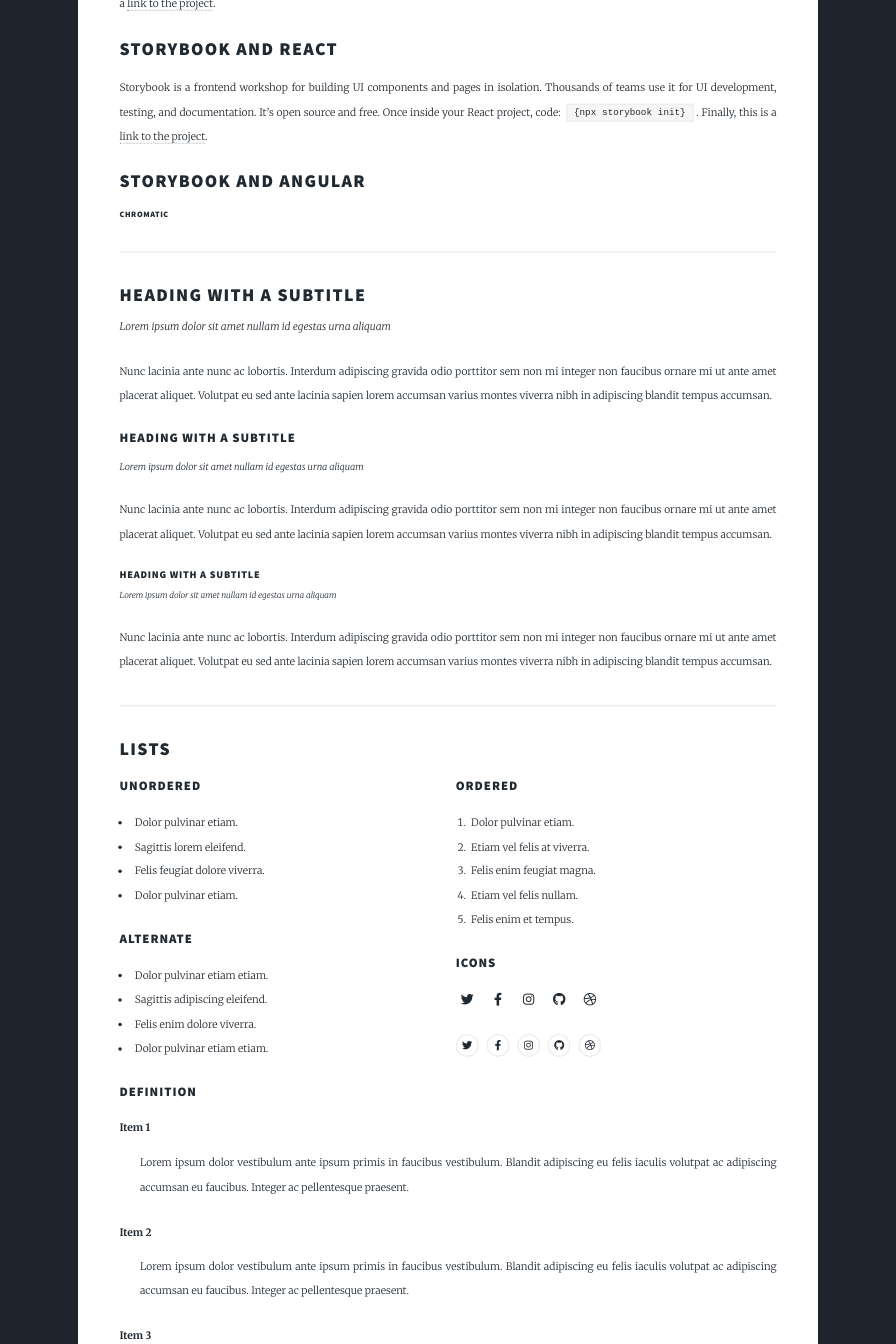
Repository: enlilsudo/Orlando-Portfolio
Page: elements.html
These files come from the project's save history. The page is drawn as it stood at one moment and after the next save; the edit follows.
The browser window is 1280 px wide. The pictures show the part of the page from y = 1110 to 3030 px (the page is 9939 px tall before and 9955 px after), at 70% of full size.

Above is the page before, as saved 2023-02-19 12:59:36.

### elements.html
<!DOCTYPE HTML>
<!--
	Massively by HTML5 UP
	html5up.net | @ajlkn
	Free for personal and commercial use under the CCA 3.0 license (html5up.net/license)
-->
<html>
	<head>
		<title>Elements Reference - Massively by HTML5 UP</title>
		<meta charset="utf-8" />
		<meta name="viewport" content="width=device-width, initial-scale=1, user-scalable=no" />
		<link rel="stylesheet" href="assets/css/main.css" />
		<noscript><link rel="stylesheet" href="assets/css/noscript.css" /></noscript>
	</head>
	<body class="is-preload">

		<!-- Wrapper -->
			<div id="wrapper">

				<!-- Header -->
					<header id="header">
						<a href="index.html" class="logo">My Portfolio</a>
					</header>

				<!-- Nav -->
					<nav id="nav">
						<ul class="links">
							<li><a href="index.html">My Projects</a></li>
							<li><a href="generic.html">My Philosophy</a></li>
							<li class="active"><a href="elements.html">Elements of Reference</a></li>
						</ul>
						<ul class="icons">
							<li><a href="#" class="icon brands fa-twitter"><span class="label">Twitter</span></a></li>
							<li><a href="#" class="icon brands fa-facebook-f"><span class="label">Facebook</span></a></li>
							<li><a href="#" class="icon brands fa-instagram"><span class="label">Instagram</span></a></li>
							<li><a href="#" class="icon brands fa-github"><span class="label">GitHub</span></a></li>
						</ul>
					</nav>

				<!-- Main -->
					<div id="main">

						<!-- Post -->
							<section class="post">
								<header class="major">
									<h1>Automating<br />
									Tools</h1>
								</header>

								<!-- Text stuff -->
									<h2>Sphinx</h2>
									<p>Sphinx is a site generator it uses reStructuredText
									Markup language by default, and can read MySt Markdown via third-party
									extensions, it is powerful and easy to use code: <code>{sphinx-quickstart docs}</code>.
									Finally, this is a <a href="https://www.sphinx-doc.org/en/master/#get-started">link to the project</a>.</p>
									<hr />
									<h2>Hugo</h2>
									<p>Hugo gives us a framework for building a fast, organized content site using many of the skills
										 you already have. You define your layouts in HTML and your content in Markdown.
										Hugo has built-in support for tagging, categorization, related content, multiple output formats, image optimization, and asset handling code: <code>{hugo new site portfolio}</code>.
										To find ut more, this is a <a href="https://gohugo.io/">link to the project</a>.</p>
									<h2>Jekyll</h2>
									<p>Jekyll is a static site generator. It takes text written in your favorite markup language and uses layouts to create a static website.
										You can tweak the site’s look and feel, URLs, the data displayed on the page, and more. code: <code>{jekyll build ./_site}</code>.
										To learn more, this is a <a href="https://jekyllrb.com/">link to the project</a>.</p>
									<h2>Storybook and React</h2>
									<p>Storybook is a frontend workshop for building UI components and pages in isolation. Thousands of teams use it for UI development, testing, and documentation.
										It’s open source and free. Once inside your React project, code: <code>{npx storybook init}</code>.
										Finally, this is a <a href="https://storybook.js.org/">link to the project</a>.</p>
									<h2>Storybook and Angular</h2>
									<h6>Chromatic</h6>
									<hr />
									<header>
										<h2>Heading with a Subtitle</h2>
										<p>Lorem ipsum dolor sit amet nullam id egestas urna aliquam</p>
									</header>
									<p>Nunc lacinia ante nunc ac lobortis. Interdum adipiscing gravida odio porttitor sem non mi integer non faucibus ornare mi ut ante amet placerat aliquet. Volutpat eu sed ante lacinia sapien lorem accumsan varius montes viverra nibh in adipiscing blandit tempus accumsan.</p>
									<header>
										<h3>Heading with a Subtitle</h3>
										<p>Lorem ipsum dolor sit amet nullam id egestas urna aliquam</p>
									</header>
									<p>Nunc lacinia ante nunc ac lobortis. Interdum adipiscing gravida odio porttitor sem non mi integer non faucibus ornare mi ut ante amet placerat aliquet. Volutpat eu sed ante lacinia sapien lorem accumsan varius montes viverra nibh in adipiscing blandit tempus accumsan.</p>
									<header>
										<h4>Heading with a Subtitle</h4>
										<p>Lorem ipsum dolor sit amet nullam id egestas urna aliquam</p>
									</header>
									<p>Nunc lacinia ante nunc ac lobortis. Interdum adipiscing gravida odio porttitor sem non mi integer non faucibus ornare mi ut ante amet placerat aliquet. Volutpat eu sed ante lacinia sapien lorem accumsan varius montes viverra nibh in adipiscing blandit tempus accumsan.</p>

									<hr />

								<!-- Lists -->
									<h2>Lists</h2>
									<div class="row">
										<div class="col-6 col-12-small">

											<h3>Unordered</h3>
											<ul>
												<li>Dolor pulvinar etiam.</li>
												<li>Sagittis lorem eleifend.</li>
												<li>Felis feugiat dolore viverra.</li>
												<li>Dolor pulvinar etiam.</li>
											</ul>

											<h3>Alternate</h3>
											<ul class="alt">
												<li>Dolor pulvinar etiam etiam.</li>
												<li>Sagittis adipiscing eleifend.</li>
												<li>Felis enim dolore viverra.</li>
												<li>Dolor pulvinar etiam etiam.</li>
											</ul>

										</div>
										<div class="col-6 col-12-small">

											<h3>Ordered</h3>
											<ol>
												<li>Dolor pulvinar etiam.</li>
												<li>Etiam vel felis at viverra.</li>
												<li>Felis enim feugiat magna.</li>
												<li>Etiam vel felis nullam.</li>
												<li>Felis enim et tempus.</li>
											</ol>

											<h3>Icons</h3>
											<ul class="icons">
												<li><a href="#" class="icon brands fa-twitter"><span class="label">Twitter</span></a></li>
												<li><a href="#" class="icon brands fa-facebook-f"><span class="label">Facebook</span></a></li>
												<li><a href="#" class="icon brands fa-instagram"><span class="label">Instagram</span></a></li>
												<li><a href="#" class="icon brands fa-github"><span class="label">Github</span></a></li>
												<li><a href="#" class="icon brands fa-dribbble"><span class="label">Dribbble</span></a></li>
											</ul>
											<ul class="icons alt">
												<li><a href="#" class="icon brands alt fa-twitter"><span class="label">Twitter</span></a></li>
												<li><a href="#" class="icon brands alt fa-facebook-f"><span class="label">Facebook</span></a></li>
												<li><a href="#" class="icon brands alt fa-instagram"><span class="label">Instagram</span></a></li>
												<li><a href="#" class="icon brands alt fa-github"><span class="label">Github</span></a></li>
												<li><a href="#" class="icon brands alt fa-dribbble"><span class="label">Dribbble</span></a></li>
											</ul>

										</div>
									</div>
									<h3>Definition</h3>
									<dl>
										<dt>Item 1</dt>
										<dd>
											<p>Lorem ipsum dolor vestibulum ante ipsum primis in faucibus vestibulum. Blandit adipiscing eu felis iaculis volutpat ac adipiscing accumsan eu faucibus. Integer ac pellentesque praesent.</p>
										</dd>
										<dt>Item 2</dt>
										<dd>
											<p>Lorem ipsum dolor vestibulum ante ipsum primis in faucibus vestibulum. Blandit adipiscing eu felis iaculis volutpat ac adipiscing accumsan eu faucibus. Integer ac pellentesque praesent.</p>
										</dd>
										<dt>Item 3</dt>
										<dd>
											<p>Lorem ipsum dolor vestibulum ante ipsum primis in faucibus vestibulum. Blandit adipiscing eu felis iaculis volutpat ac adipiscing accumsan eu faucibus. Integer ac pellentesque praesent.</p>
										</dd>
									</dl>

									<h3>Actions</h3>
									<ul class="actions">
										<li><a href="#" class="button primary">Primary</a></li>
										<li><a href="#" class="button">Default</a></li>
									</ul>
									<ul class="actions small">
										<li><a href="#" class="button primary small">Small</a></li>
										<li><a href="#" class="button small">Small</a></li>
									</ul>
									<div class="row">
										<div class="col-6 col-12-small">
											<ul class="actions stacked">
												<li><a href="#" class="button primary">Default</a></li>
												<li><a href="#" class="button">Default</a></li>
											</ul>
										</div>
										<div class="col-6 col-12-small">
											<ul class="actions stacked">
												<li><a href="#" class="button primary small">Small</a></li>
												<li><a href="#" class="button small">Small</a></li>
											</ul>
										</div>
									</div>
									<div class="row">
										<div class="col-6 col-12-small">
											<ul class="actions stacked">
												<li><a href="#" class="button primary fit">Default</a></li>
												<li><a href="#" class="button fit">Default</a></li>
											</ul>
										</div>
										<div class="col-6 col-12-small">
											<ul class="actions stacked">
												<li><a href="#" class="button primary small fit">Small</a></li>
												<li><a href="#" class="button small fit">Small</a></li>
											</ul>
										</div>
									</div>

									<hr />

								<!-- Blockquote -->
									<h2>Blockquote</h2>
									<blockquote>Fringilla nisl. Donec accumsan interdum nisi, quis tincidunt felis sagittis eget tempus euismod. Vestibulum ante ipsum primis in faucibus vestibulum. Blandit adipiscing eu felis iaculis volutpat ac adipiscing accumsan faucibus. Vestibulum ante ipsum primis in faucibus vestibulum. Blandit adipiscing eu felis.</blockquote>

									<hr />

								<!-- Table -->
									<h2>Table</h2>

									<h3>Default</h3>
									<div class="table-wrapper">
										<table>
											<thead>
												<tr>
													<th>Name</th>
													<th>Description</th>
													<th>Price</th>
												</tr>
											</thead>
											<tbody>
												<tr>
													<td>Item 1</td>
													<td>Ante turpis integer aliquet porttitor.</td>
													<td>29.99</td>
												</tr>
												<tr>
													<td>Item 2</td>
													<td>Vis ac commodo adipiscing arcu aliquet.</td>
													<td>19.99</td>
												</tr>
												<tr>
													<td>Item 3</td>
													<td> Morbi faucibus arcu accumsan lorem.</td>
													<td>29.99</td>
												</tr>
												<tr>
													<td>Item 4</td>
													<td>Vitae integer tempus condimentum.</td>
													<td>19.99</td>
												</tr>
												<tr>
													<td>Item 5</td>
													<td>Ante turpis integer aliquet porttitor.</td>
													<td>29.99</td>
												</tr>
											</tbody>
											<tfoot>
												<tr>
													<td colspan="2"></td>
													<td>100.00</td>
												</tr>
											</tfoot>
										</table>
									</div>

									<h3>Alternate</h3>
									<div class="table-wrapper">
										<table class="alt">
											<thead>
												<tr>
													<th>Name</th>
													<th>Description</th>
													<th>Price</th>
												</tr>
											</thead>
											<tbody>
												<tr>
													<td>Item 1</td>
													<td>Ante turpis integer aliquet porttitor.</td>
													<td>29.99</td>
												</tr>
												<tr>
													<td>Item 2</td>
													<td>Vis ac commodo adipiscing arcu aliquet.</td>
													<td>19.99</td>
												</tr>
												<tr>
													<td>Item 3</td>
													<td> Morbi faucibus arcu accumsan lorem.</td>
													<td>29.99</td>
												</tr>
												<tr>
													<td>Item 4</td>
													<td>Vitae integer tempus condimentum.</td>
													<td>19.99</td>
												</tr>
												<tr>
													<td>Item 5</td>
													<td>Ante turpis integer aliquet porttitor.</td>
													<td>29.99</td>
												</tr>
											</tbody>
											<tfoot>
												<tr>
													<td colspan="2"></td>
													<td>100.00</td>
												</tr>
											</tfoot>
										</table>
									</div>

									<hr />

								<!-- Buttons -->
									<h2>Buttons</h2>
									<ul class="actions">
										<li><a href="#" class="button primary">Primary</a></li>
										<li><a href="#" class="button">Default</a></li>
									</ul>
									<ul class="actions">
										<li><a href="#" class="button primary large">Large</a></li>
										<li><a href="#" class="button">Default</a></li>
										<li><a href="#" class="button small">Small</a></li>
									</ul>
									<ul class="actions fit">
										<li><a href="#" class="button primary fit">Fit</a></li>
										<li><a href="#" class="button fit">Fit</a></li>
									</ul>
									<ul class="actions fit small">
										<li><a href="#" class="button primary fit small">Fit + Small</a></li>
										<li><a href="#" class="button fit small">Fit + Small</a></li>
									</ul>
									<ul class="actions">
										<li><a href="#" class="button primary icon solid fa-search">Icon</a></li>
										<li><a href="#" class="button icon solid fa-download">Icon</a></li>
									</ul>
									<ul class="actions">
										<li><span class="button primary disabled">Primary</span></li>
										<li><span class="button disabled">Default</span></li>
									</ul>

									<hr />

								<!-- Form -->
									<h2>Form</h2>

									<form method="post" action="#">
										<div class="row gtr-uniform">
											<div class="col-6 col-12-xsmall">
												<input type="text" name="demo-name" id="demo-name" value="" placeholder="Name" />
											</div>
											<div class="col-6 col-12-xsmall">
												<input type="email" name="demo-email" id="demo-email" value="" placeholder="Email" />
											</div>
											<!-- Break -->
											<div class="col-12">
												<select name="demo-category" id="demo-category">
													<option value="">- Category -</option>
													<option value="1">Manufacturing</option>
													<option value="1">Shipping</option>
													<option value="1">Administration</option>
													<option value="1">Human Resources</option>
												</select>
											</div>
											<!-- Break -->
											<div class="col-4 col-12-small">
												<input type="radio" id="demo-priority-low" name="demo-priority" checked>
												<label for="demo-priority-low">Low</label>
											</div>
											<div class="col-4 col-12-small">
												<input type="radio" id="demo-priority-normal" name="demo-priority">
												<label for="demo-priority-normal">Normal</label>
											</div>
											<div class="col-4 col-12-small">
												<input type="radio" id="demo-priority-high" name="demo-priority">
												<label for="demo-priority-high">High</label>
											</div>
											<!-- Break -->
											<div class="col-6 col-12-small">
												<input type="checkbox" id="demo-copy" name="demo-copy">
												<label for="demo-copy">Email me a copy</label>
											</div>
											<div class="col-6 col-12-small">
												<input type="checkbox" id="demo-human" name="demo-human" checked>
												<label for="demo-human">I am a human</label>
											</div>
											<!-- Break -->
											<div class="col-12">
												<textarea name="demo-message" id="demo-message" placeholder="Enter your message" rows="6"></textarea>
											</div>
											<!-- Break -->
											<div class="col-12">
												<ul class="actions">
													<li><input type="submit" value="Send Message" class="primary" /></li>
													<li><input type="reset" value="Reset" /></li>
												</ul>
											</div>
										</div>
									</form>

									<hr />

								<!-- Image -->
									<h2>Image</h2>

									<h3>Fit</h3>
									<span class="image fit"><img src="images/pic01.jpg" alt="" /></span>
									<div class="box alt">
										<div class="row gtr-50 gtr-uniform">
											<div class="col-4"><span class="image fit"><img src="images/pic02.jpg" alt="" /></span></div>
											<div class="col-4"><span class="image fit"><img src="images/pic03.jpg" alt="" /></span></div>
											<div class="col-4"><span class="image fit"><img src="images/pic04.jpg" alt="" /></span></div>
											<!-- Break -->
											<div class="col-4"><span class="image fit"><img src="images/pic04.jpg" alt="" /></span></div>
											<div class="col-4"><span class="image fit"><img src="images/pic02.jpg" alt="" /></span></div>
											<div class="col-4"><span class="image fit"><img src="images/pic03.jpg" alt="" /></span></div>
											<!-- Break -->
											<div class="col-4"><span class="image fit"><img src="images/pic03.jpg" alt="" /></span></div>
											<div class="col-4"><span class="image fit"><img src="images/pic04.jpg" alt="" /></span></div>
											<div class="col-4"><span class="image fit"><img src="images/pic02.jpg" alt="" /></span></div>
										</div>
									</div>

									<h3>Left &amp; Right</h3>
									<p><span class="image left"><img src="images/pic08.jpg" alt="" /></span>Lorem ipsum dolor sit accumsan interdum nisi, quis tincidunt felis sagittis eget. tempus euismod. Vestibulum ante ipsum primis in faucibus vestibulum. Blandit adipiscing eu felis iaculis volutpat ac adipiscing accumsan eu faucibus. Integer ac pellentesque praesent tincidunt felis sagittis eget. tempus euismod. Vestibulum ante ipsum primis sagittis eget. tempus euismod. Vestibulum ante ipsum primis in faucibus vestibulum. Blandit adipiscing eu felis iaculis volutpat ac adipiscing accumsan eu faucibus. Integer ac pellentesque praesent tincidunt felis sagittis eget. tempus euismod. Vestibulum ante ipsum primis in faucibus vestibulum. Blandit adipiscing eu felis iaculis volutpat ac adipiscing accumsan eu faucibus. Integer ac pellentesque praesent. Vestibulum ante ipsum primis in faucibus magna blandit adipiscing eu felis iaculis.</p>
									<p><span class="image right"><img src="images/pic09.jpg" alt="" /></span>Lorem ipsum dolor sit accumsan interdum nisi, quis tincidunt felis sagittis eget. tempus euismod. Vestibulum ante ipsum primis in faucibus vestibulum. Blandit adipiscing eu felis iaculis volutpat ac adipiscing accumsan eu faucibus. Integer ac pellentesque praesent tincidunt felis sagittis eget. tempus euismod. Vestibulum ante ipsum primis sagittis eget. tempus euismod. Vestibulum ante ipsum primis in faucibus vestibulum. Blandit adipiscing eu felis iaculis volutpat ac adipiscing accumsan eu faucibus. Integer ac pellentesque praesent tincidunt felis sagittis eget. tempus euismod. Vestibulum ante ipsum primis in faucibus vestibulum. Blandit adipiscing eu felis iaculis volutpat ac adipiscing accumsan eu faucibus. Integer ac pellentesque praesent. Vestibulum ante ipsum primis in faucibus magna blandit adipiscing eu felis iaculis.</p>

									<hr />

								<!-- Box -->
									<h2>Box</h2>
									<div class="box">
										<p>Felis sagittis eget tempus primis in faucibus vestibulum. Blandit adipiscing eu felis iaculis volutpat ac adipiscing accumsan eu faucibus. Integer ac pellentesque praesent tincidunt felis sagittis eget. tempus euismod. Magna sed etiam ante ipsum primis in faucibus vestibulum. Blandit adipiscing eu ipsum primis in faucibus vestibulum. Blandit adipiscing eu felis iaculis volutpat ac adipiscing accumsan eu faucibus lorem ipsum dolor sit amet nullam. Integer ac pellentesque praesent tincidunt felis sagittis eget. tempus euismod. Vestibulum ante ipsum primis sagittis eget. tempus euismod. Vestibulum ante ipsum primis in faucibus vestibulum. Blandit adipiscing eu felis iaculis volutpat ac adipiscing accumsan eu faucibus. Integer ac pellentesque praesent tincidunt felis sagittis eget. tempus euismod. Vestibulum ante ipsum primis in faucibus vestibulum. Blandit adipiscing eu felis iaculis volutpat ac adipiscing accumsan eu faucibus. Integer ac pellentesque praesent. Vestibulum ante ipsum primis in faucibus magna blandit adipiscing eu felis iaculis volutpat lorem ipsum dolor.</p>
									</div>

									<hr />

								<!-- Preformatted Code -->
									<h2>Preformatted</h2>
									<pre><code>i = 0;

while (!deck.isInOrder()) {
    print 'Iteration ' + i;
    deck.shuffle();
    i++;
}

print 'It took ' + i + ' iterations to sort the deck.';
</code></pre>

							</section>

					</div>

				<!-- Footer -->
					<footer id="footer">
						<section>
							<form method="post" action="#">
								<div class="fields">
									<div class="field">
										<label for="name">Name</label>
										<input type="text" name="name" id="name" />
									</div>
									<div class="field">
										<label for="email">Email</label>
										<input type="text" name="email" id="email" />
									</div>
									<div class="field">
										<label for="message">Message</label>
										<textarea name="message" id="message" rows="3"></textarea>
									</div>
								</div>
								<ul class="actions">
									<li><input type="submit" value="Send Message" /></li>
								</ul>
							</form>
						</section>
						<section class="split contact">
							<section class="alt">
								<h3>Address</h3>
								<p>1234 Somewhere Road #87257<br />
								Nashville, TN 00000-0000</p>
							</section>
							<section>
								<h3>Phone</h3>
								<p><a href="#">(000) 000-0000</a></p>
							</section>
							<section>
								<h3>Email</h3>
								<p><a href="#">info@untitled.tld</a></p>
							</section>
							<section>
								<h3>Social</h3>
								<ul class="icons alt">
									<li><a href="#" class="icon brands alt fa-twitter"><span class="label">Twitter</span></a></li>
									<li><a href="#" class="icon brands alt fa-facebook-f"><span class="label">Facebook</span></a></li>
									<li><a href="#" class="icon brands alt fa-instagram"><span class="label">Instagram</span></a></li>
									<li><a href="#" class="icon brands alt fa-github"><span class="label">GitHub</span></a></li>
								</ul>
							</section>
						</section>
					</footer>

				<!-- Copyright -->
					<div id="copyright">
						<ul><li>&copy; Untitled</li><li>Design: <a href="https://html5up.net">HTML5 UP</a></li></ul>
					</div>

			</div>

		<!-- Scripts -->
			<script src="assets/js/jquery.min.js"></script>
			<script src="assets/js/jquery.scrollex.min.js"></script>
			<script src="assets/js/jquery.scrolly.min.js"></script>
			<script src="assets/js/browser.min.js"></script>
			<script src="assets/js/breakpoints.min.js"></script>
			<script src="assets/js/util.js"></script>
			<script src="assets/js/main.js"></script>

	</body>
</html>

Loaded but not shown: assets/css/fontawesome-all.min.css (library); assets/js/jquery.min.js (library); assets/js/jquery.scrollex.min.js (common file); assets/js/jquery.scrolly.min.js (common file); assets/js/browser.min.js (common file); assets/js/breakpoints.min.js (common file); assets/js/util.js (587 lines, source omitted); assets/js/main.js (258 lines, source omitted); assets/css/main.css (4689 lines, source omitted)

After the next save:
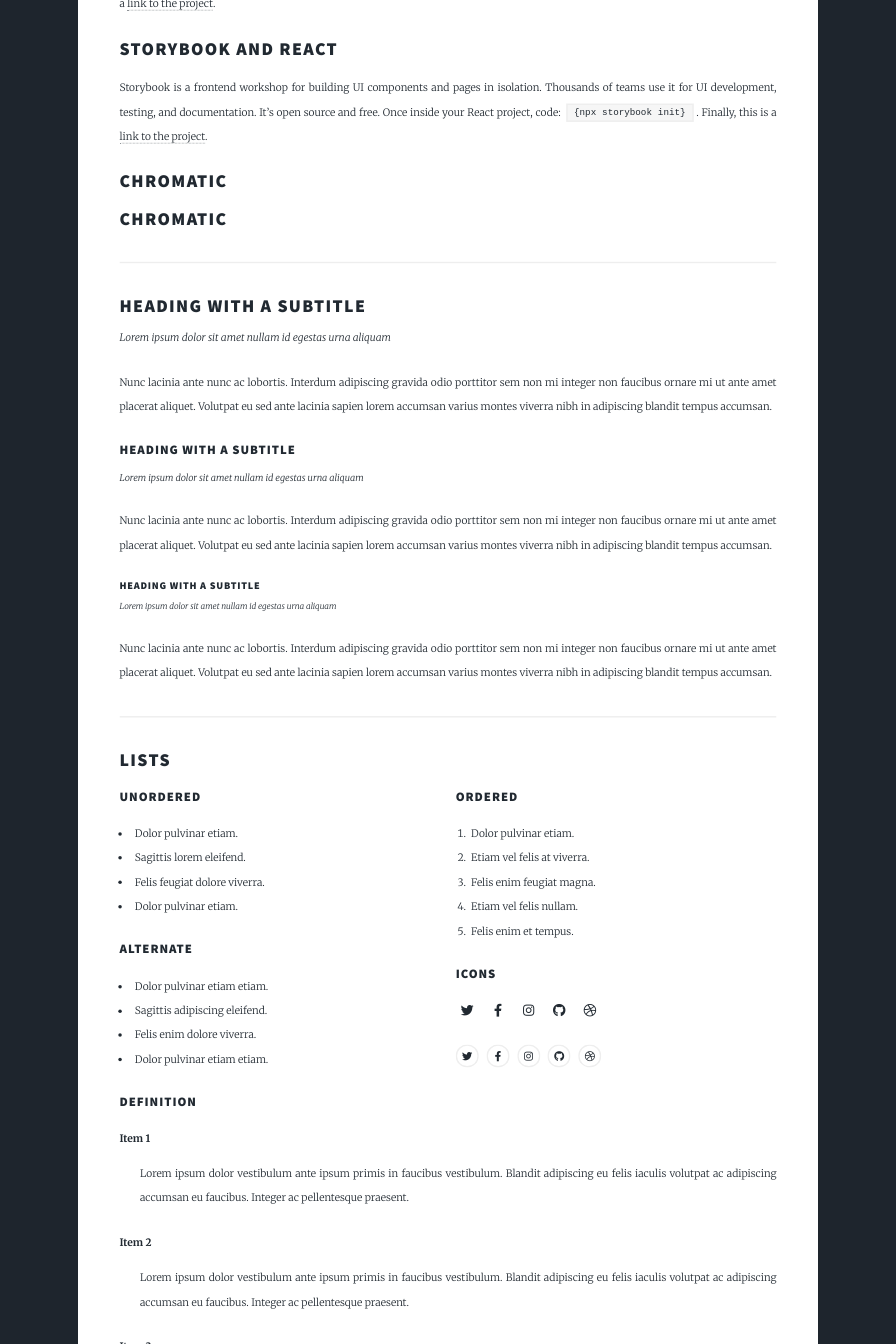
Saved 2 min 43 s later.
--- a/elements.html
+++ b/elements.html
@@ -67,8 +67,8 @@
 									<p>Storybook is a frontend workshop for building UI components and pages in isolation. Thousands of teams use it for UI development, testing, and documentation.
 										It’s open source and free. Once inside your React project, code: <code>{npx storybook init}</code>.
 										Finally, this is a <a href="https://storybook.js.org/">link to the project</a>.</p>
-									<h2>Storybook and Angular</h2>
-									<h6>Chromatic</h6>
+									<h2>Chromatic</h2>
+									<h2>Chromatic</h2>
 									<hr />
 									<header>
 										<h2>Heading with a Subtitle</h2>
